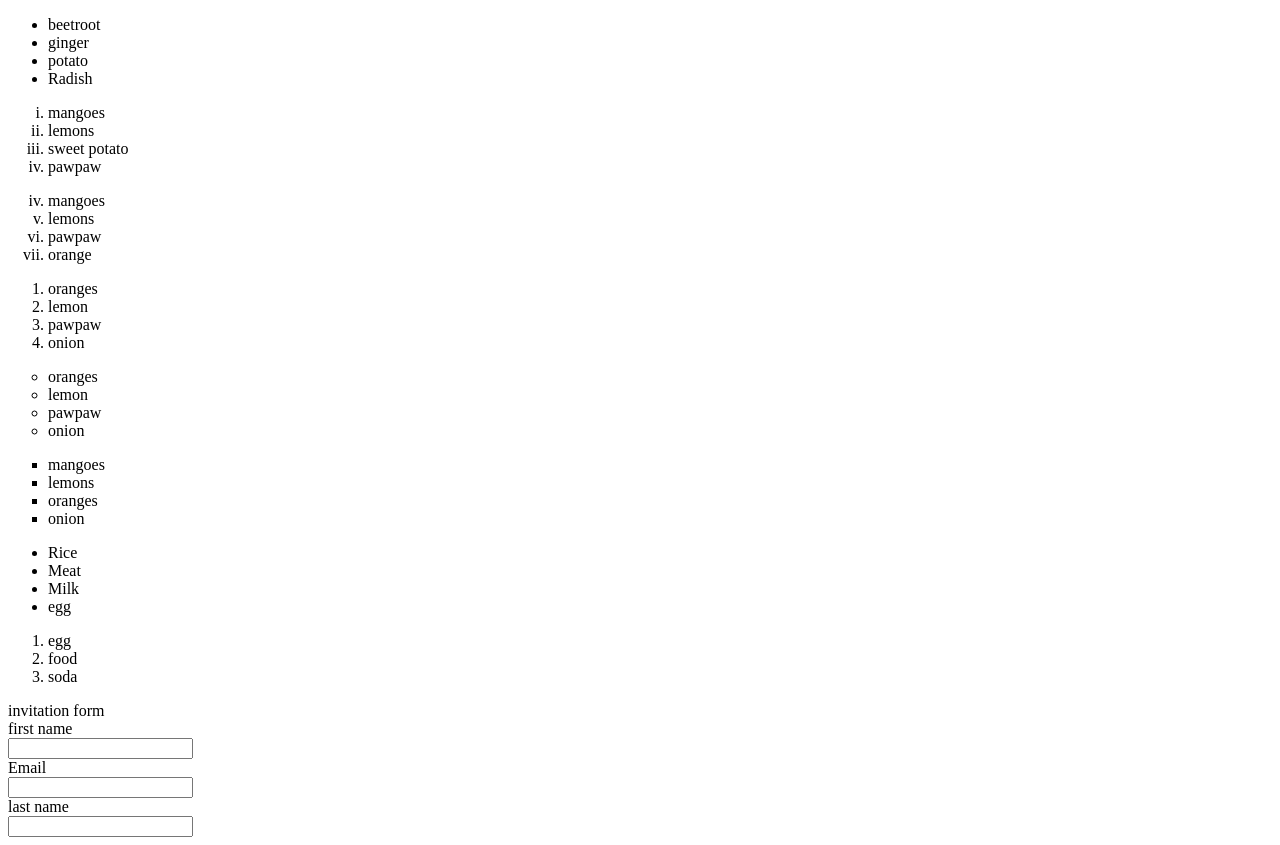
Repository: Okwahi/first--code-lessons
Page: Rinato.html
These files come from the project's save history. The page is drawn as it stood at one moment and after a run of saves; the edit follows.
The browser window is 1280 px wide. The pictures show the whole page.

Above is the page before, as saved 2023-03-09 12:02:38.

### Rinato.html
<!DOCTYPE html>
<html lang="en">
<head>
    <meta charset="UTF-8">
    <meta http-equiv="X-UA-Compatible" content="IE=edge">
    <meta name="viewport" content="width=device-width, initial-scale=1.0">
    <title>Document</title>
    <link rel="stylesheet" href="/Rinato.css">
</head>
<body>
    <ul type="triangle">
        <li>beetroot</li>
        <li>ginger</li>
        <li>potato</li>
        <li>Radish</li>
    </ul>
    <ol type="i">
        <li> mangoes</li>
        <li>lemons</li>
        <li>sweet potato</li>
        <li>pawpaw</li>

    </ol>
    <ol type="i" start="4">
        <li>mangoes</li>
        <li>lemons</li>
        <li>pawpaw</li>
        <li>orange</li>
    </ol>
    <ol type="1">
        <li>oranges</li>
        <li>lemon</li>
        <li>pawpaw</li>
        <li>onion</li>
    </ol>
    <ul type="circle">
        <li>oranges</li>
            <li>lemon</li>
            <li>pawpaw</li>
            <li>onion</li>
    </ul>
    <ul type="square">
        <li>mangoes</li>
        <li>lemons</li>
        <li>oranges</li>
        <li>onion</li>
    </ul>
    <ul type="rectangle">
        <li>Rice</li>
        <li>Meat</li>
        <li>Milk</li>
        <li>egg</li>
    </ul>
    <ol>
        <li>egg</li>
        <li>food</li>
        <li>soda</li>
    </ol>
    <form action=""> invitation form <br>
        <label for="first name"> first name</label><br>
        <input type="text" id="first name" name="first name"><br>
        <label for="Email">Email</label><br>
        <input type="Email" id="Email" name="Email"><br>
        <label for="last name">last name</label><br>
        <input type="text" id="last name"><br>
    </form>

Loaded but not shown: Rinato.css (common file)

After the next 2 saves:
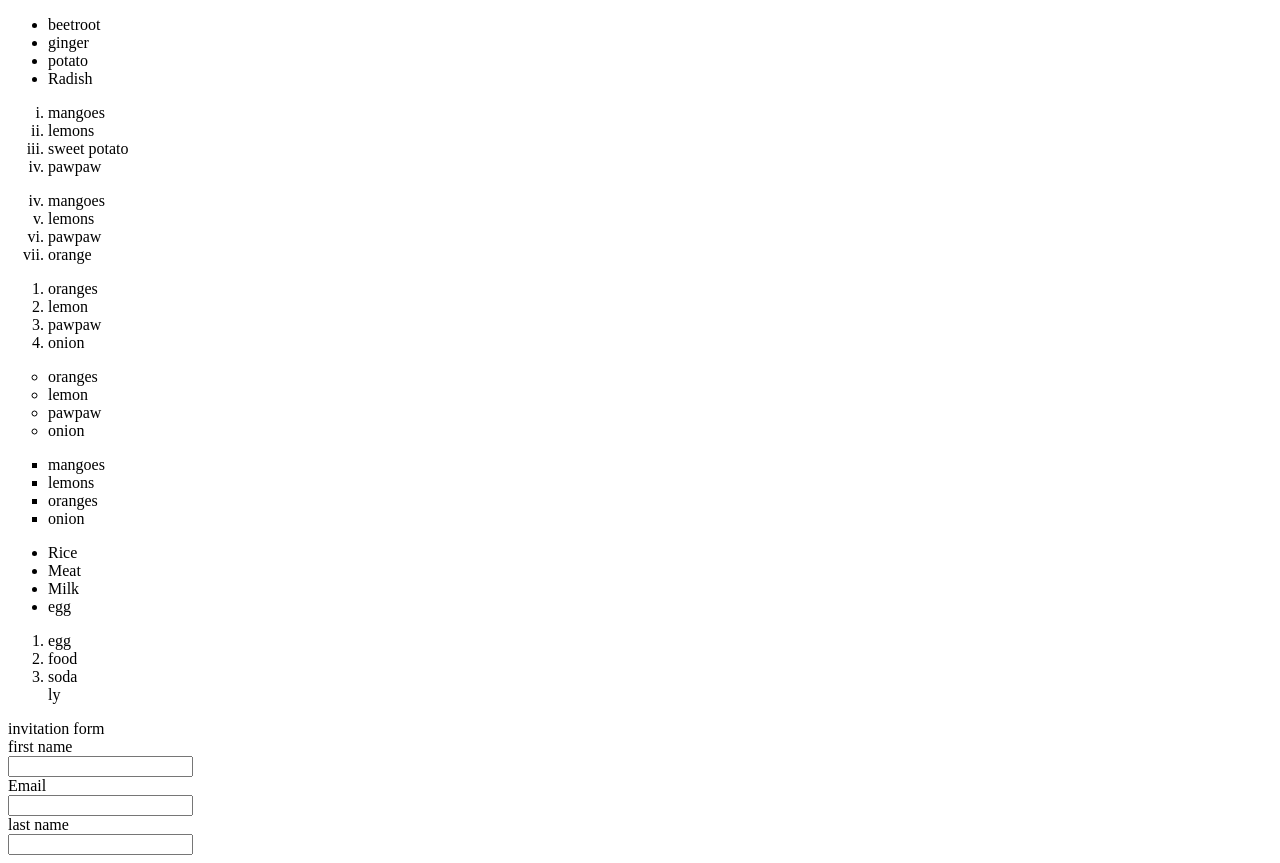
The 2 saves are shown as one change because they came seconds apart.
The last was saved 6 s later.
--- a/Rinato.html
+++ b/Rinato.html
@@ -55,6 +55,7 @@
         <li>egg</li>
         <li>food</li>
         <li>soda</li>
+        ly
     </ol>
     <form action=""> invitation form <br>
         <label for="first name"> first name</label><br>
